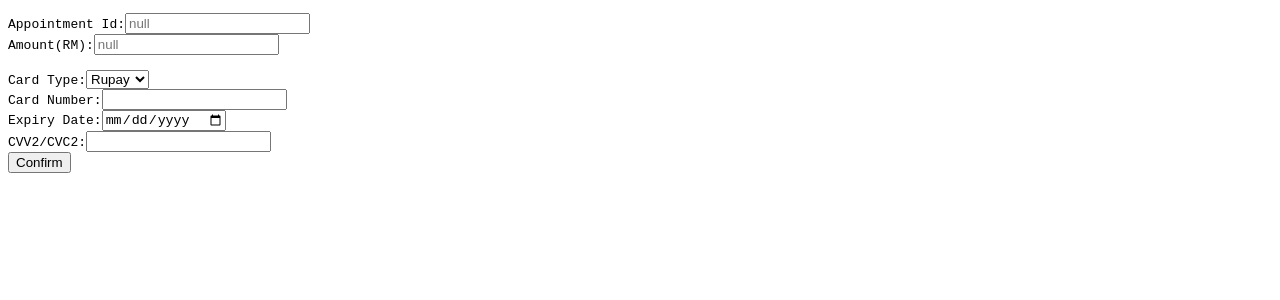
Repository: anujsoni10001/JSP-Servlet
Page: http://localhost/Minor/MakePayment.jsp
An editor plug-in stored every save of this project. The page is shown before and after the next save, followed by the edit.
The browser window is 1280 px wide. The pictures show the whole page.
The page is served by Tomcat 9. Other server files are loaded and not shown.

Above is the page before, as saved 2019-03-22 12:10:28.

### FinalProject/minor - Copy/Minor/WebContent/MakePayment.jsp
<%
String apt_id=request.getParameter("a_id");
String chargesRM=request.getParameter("charges");
%>
<%@ page language="java" contentType="text/html; charset=ISO-8859-1"
    pageEncoding="ISO-8859-1"%>
<!DOCTYPE html PUBLIC "-//W3C//DTD HTML 4.01 Transitional//EN" "http://www.w3.org/TR/html4/loose.dtd">
<html>
<head>
<meta http-equiv="Content-Type" content="text/html; charset=ISO-8859-1">
<title>Payment</title>
</head>
<body>
<pre>
Appointment Id:<input type="text" placeholder=<%=apt_id%>>
Amount(RM):<input type="text" placeholder=<%=chargesRM%>>
<form action="Pay">
Card Type:<select name="card_type">
<option>Rupay</option>
<option>Master</option>
<option>VISA</option>
</select>
Card Number:<input type="text" name="card_number">
Expiry Date:<input type="date" name="expiry_date">
CVV2/CVC2:<input type="text" name="cvv">
<input type="submit" value="Confirm">
</form>
</pre>
</body>
</html>

After the next save:
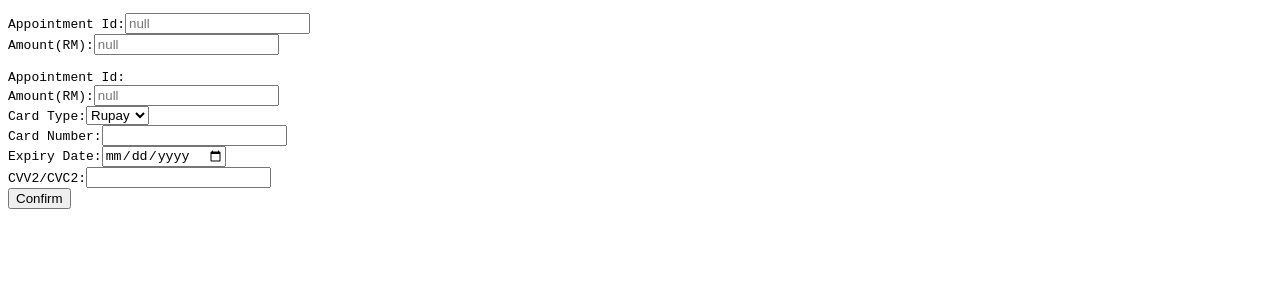
Saved 24 s later.
--- a/FinalProject/minor - Copy/Minor/WebContent/MakePayment.jsp
+++ b/FinalProject/minor - Copy/Minor/WebContent/MakePayment.jsp
@@ -15,6 +15,8 @@ String chargesRM=request.getParameter("charges");
 Appointment Id:<input type="text" placeholder=<%=apt_id%>>
 Amount(RM):<input type="text" placeholder=<%=chargesRM%>>
 <form action="Pay">
+Appointment Id:<input type="hidden" placeholder=<%=apt_id%>>
+Amount(RM):<input type="text" placeholder=<%=chargesRM%>>
 Card Type:<select name="card_type">
 <option>Rupay</option>
 <option>Master</option>
